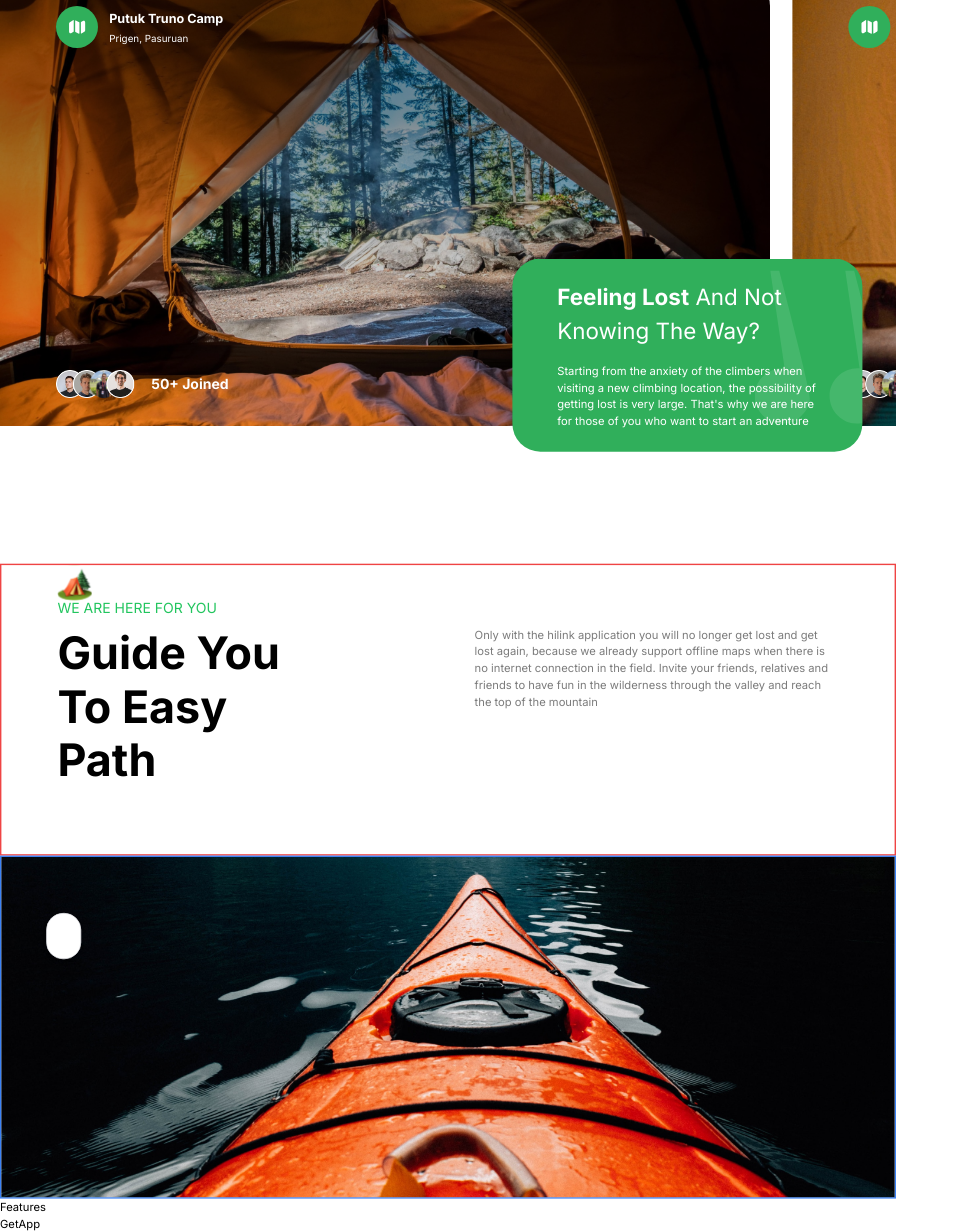
Repository: abdulrahmanmahmood/Travel-App
Page: /
An editor plug-in stored every save of this project. The page is shown before and after a run of saves, followed by the edit.
The browser window is 1280 px wide. The page is 1392 px wide, so the pictures cover 1392 px, including what lies to the right of the window. The pictures show the part of the page from y = 966 to 2726 px (the page is 2726 px tall), at 70% of full size.
The project was rebuilt for these pictures with package versions that can differ from the ones it lists, and the page was loaded fresh each time. The framework's server and built-in components were replaced by stand-ins that run in the browser. Also part of the build but not shown: next.config.js.

Above is the page before, as saved 2023-11-08 11:06:17.

### app/layout.tsx
import './globals.css'
import type { Metadata } from 'next';
import './globals.css'
import Navbar from '@/components/Navbar';


export const metadata: Metadata = {
  title: 'Travel',
  description: 'Travel UI/UX App for camping',
}

export default function RootLayout({
  children,
}: {
  children: React.ReactNode
}) {
  return (
    <html lang="en">
      <body >
        <Navbar/>
        {children}
      </body>
    </html>
  )
}

### app/page.tsx
import Features from "@/components/Features"
import GetApp from "@/components/GetApp"
import Guide from "@/components/Guide"
import Hero from "@/components/Hero"
import Camp from "@/components/camp"

export default function Home() {
  return (
    <>
    <Hero/>
    <Camp/>
    <Guide/>
    <Features/>
    <GetApp/>
 </>
  )
}

### components/Navbar.tsx
import { NAV_LINKS } from "@/constants";
import Image from "next/image";
import Link from "next/link";
import Button from "./Button";

const Navbar = () => {
  return (
    <nav
      className=" flexBetween max-container padding-container relative z-30
    py-5"
    >
      <Link href="/">
        <Image src="/hilink-logo.svg" alt="logo" width={74} height={28} />
      </Link>
      <ul className="hidden h-full gap-12 lg:flex">
        {NAV_LINKS.map((link) => (
          <Link
            href={link.href}
            key={link.key}
            className="regular-16 text-gray-50 flexCenter cursor-pointer pb-1.5 transition-all hover:font-bold"
          >
            {link.label}
          </Link>
        ))}
      </ul>
      <div className="lg:flexCenter  hidden ">
        <Button
          type="button"
          title="Login"
          icon="/user.svg"
          variant="btn_dark_green"
        />
      </div>
      <Image
        src="/menu.svg"
        alt="menu"
        width={32}
        height={32}
        className="inline-block cursor-pointer lg:hidden"
      />
    </nav>
  );
};

export default Navbar;

### components/Features.tsx


function Features() {
  return (
    <div>Features</div>
  )
}

export default Features

### components/GetApp.tsx


function GetApp() {
  return (
    <div>GetApp</div>
  )
}

export default GetApp

### components/Guide.tsx
import Image from "next/image";

function Guide() {
  return (
    <section className="flexCenter flex-col">
      <div className="border-2 border-red-500 padding-container max-container w-full pb-24  ">
        <Image src="/camp.svg" alt="camp" width={50} height={50} />
        <p className="uppercase text-xl bold text-green-500 -mt-1 mb-3 ">
          WE ARE here FOR YOU
        </p>
        <div className="flex flex-wrap justify-between gap-5 lg:gap-10">
          <h2 className="capitalize  bold-40 lg:bold-64 xl:max-w-[390px]">Guide You to Easy Path</h2>
          <p className=" regular-16 text-gray-30 xl:max-w-[520px]">
            Only with the hilink application you will no longer get lost and get
            lost again, because we already support offline maps when there is no
            internet connection in the field. Invite your friends, relatives and
            friends to have fun in the wilderness through the valley and reach
            the top of the mountain
          </p>
        </div>
      </div>
      <div className=" flexCenter max-container relative w-full border-2 border-blue-500 ">
        <Image src='/boat.png' alt="image" width={1440} height={580} className="w-full object-cover object-center 2xl:rounded-5"/>
        <div className="absolute flex bg-white py-8 pl-5 pr-7 gap-3 rounded-3xl border shadow-md md:left-[5%] lg:top-20">
          <div className="flexBetween flex-col ">

          </div>
        </div>
      </div>
    </section>
  );
}

export default Guide;

### components/Hero.tsx
import Image from "next/image";
import Button from "./Button";

function Hero() {
  return (
    <section
      className="max-container padding-container flex flex-col gap-20
    py-10 pb-32 md:gap-27 lg:py-20  xl:flex-row"
    >
      <div className="hero-map" />
      {/* LEFT */}
      <div className="relative z-20 flex flex-1 flex-col xl:w-1/2">
        <Image
          src="/camp.svg"
          alt="camp"
          width={50}
          height={50}
          className="absolute left-[-5px] top-[-30px] w-10 lg:w-[50px]"
        />
        <h1 className="bold-52 lg:bold-88">Putuk Truno Camp Area</h1>
        <p className="regular-16 mt-6 text-gray-30 xl:max-w-[520px]">
          We want to be on each of your journeys seeking the satisfaction of
          seeing the incorruptible beauty of nature. We can help you on an
          adventure around the world in just one app
        </p>
        <div className="my-11 flex flex-wrap gap-5">
          <div className="flex items-center gap-2">
            {Array(5)
              .fill(1)
              .map((_, index) => (
                <Image
                  key={index}
                  src="/star.svg"
                  alt="star"
                  width={24}
                  height={24}
                />
              ))}
          </div>
          <p className="bold-16 lg:bold-20 text-blue-70">
            198k
            <span className="regular-16 lg:regular-20 ml-1 ">
              Excellent Reviews
            </span>
          </p>
        </div>
        <div className="flex flex-col w-full gap-3 sm:flex-row">
          <Button
            type={"button"}
            title={"Download App"}
            variant={"btn_green"}
          />
          <Button
            type={"button"}
            title={"How we work?"}
            variant={"btn_white_text"}
            icon="/play.svg"
          />
        </div>
      </div>
      <div className="relative flex flex-1 items-start ">
        <div className="relative z-20 w-[268px] flex-col gap-8 rounded-3xl bg-green-90 px-7 py-8">


          <div className="fle flex-col">

            <div className="flexBetween">
              <p className="regular-16 text-gray-20">Location</p>
              <Image src="/close.svg" alt="close" width={24} height={24} />
            </div>
            <p className="bold-20 text-white">Aguas Calientes</p>


          </div>


          <div className="flexBetween  pt-4">
            <div className="flex flex-col">
              <p className="regular-16 block text-gray-20">Distance</p>
              <p className="bold-20 text-white">173.28 mi</p>
            </div>
            <div className="flex flex-col">
              <p className="regular-16 block text-gray-20">Elevation</p>
              <p className="bold-20 text-white">2.040 km</p>
            </div>
          </div>
        </div>
      </div>
    </section>
  );
}

export default Hero;

### components/camp.tsx
import { PEOPLE_URL } from "@/constants";
import Image from "next/image";
import { type } from "os";

interface CampProps {
  backgroundImage: string;
  title: string;
  subtitle: string;
  peoplejoined: string;
}

const CampSite = ({
  backgroundImage,
  title,
  subtitle,
  peoplejoined,
}: CampProps) => {
  return (
    <div
      className={`h-full w-full min-w-[1100px] ${backgroundImage} bg-cover bg-no-repeat lg:rounded-r-5xl 2xl:rounded-5xl `}
    >
      <div className="flex h-full flex-col items-start justify-between p-6 lg:px-20 lg:py-10 ">
        <div className=" flexCenter gap-4">
          <div className="rounded-full bg-green-50 p-4">
            <Image src="/folded-map.svg" alt="folded" height={28} width={28} />
          </div>
          <div className="flex flex-col gap-1">
            <h4 className="bold-18 text-white">{title}</h4>
            <p className="regular-14 text-white">{subtitle}</p>
          </div>
        </div>
        <div className="flexCenter gap-6 ">
          <span className="flex -space-x-4 overflow-hidden">
            {PEOPLE_URL.map((url, index) => (
              <Image
                src={url}
                key={index}
                height={53}
                width={53}
                alt="alt"
                className="inline-block h-10 w-10 r-4"
              />
            ))}
          </span>
          <p className="bold-16 md:bold-20 text-white">{peoplejoined}</p>
        </div>
      </div>
    </div>
  );
};

function camp() {
  return (
    <section className=" 2xl:max-container relative flex flex-col py-10 lg-mb-10 lg:py-20 xl:mb-20">
      <div className="hide-scrollbar flex h-[340px] w-full items-start justify-start gap-8 overflow-x-auto lg:h[400px] xl:h-[640px]">
        <CampSite
          backgroundImage="bg-bg-img-1"
          title="Putuk Truno Camp"
          subtitle="Prigen, Pasuruan"
          peoplejoined="50+ Joined"
        />
        <CampSite
          backgroundImage="bg-bg-img-2"
          title="Mountain View Camp"
          subtitle="Somewhere in the Wilderness"
          peoplejoined="50+ Joined"
        />
      </div>

      <div className=" flexEnd  mt-10 px-6 lg:-mt-60 lg:mr-6 ">
        <div
          className="bg-green-50 p-8 lg:max-w-[500px] xl:max-[734px]
        xl:rounded-5xl xl:px-16 px:py-20 relative w-full overflow-hidden rounded-3xl "
        >
          <h2 className="regular-24 md:regular-32 2xl:regular-64 text-white capitalize">
            <strong>Feeling Lost</strong> And Not Knowing The Way?
          </h2>
          <p className="regular-14 xl:regular-16 mt-5 text-white">
            Starting from the anxiety of the climbers when visiting a new
            climbing location, the possibility of getting lost is very large.
            That's why we are here for those of you who want to start an
            adventure
          </p>
          <Image src='/quote.svg'
          alt="camp-2"
          width={186}
          height={219}
          className="camp-quote"
          />
        </div>
      </div>
    </section>
  );
}

export default camp;

### constants/index.ts
export const NAV_LINKS = [
  {href:"/", key:"home", label:"home"},
  { href: '/', key: 'how_hilink_work', label: 'How Hilink Work?' },
  { href: '/', key: 'services', label: 'Services' },
  { href: '/', key: 'pricing ', label: 'Pricing ' },
  { href: '/', key: 'contact_us', label: 'Contact Us' },
]

export const PEOPLE_URL = [
  '/person-1.png',
  '/person-2.png',
  '/acpc-modified (1).png',
  '/person-4.png',
];

### components/Button.tsx
import Image from "next/image";

type ButtonProps = {
  type: "button" | "submit";
  title: string;
  icon?: string;
  variant: string;
};

function Button({ type, title, icon, variant }: ButtonProps) {
  return (
    <button
      type={type}
      className={`flexCenter gap-3 rounded-full border ${variant}`}
    >
      {icon && <Image src={icon} alt={title} width={24} height={24} />}
      <label className="bold-16 whitespace-nowrap">{title}</label>
    </button>
  );
}

export default Button;

Loaded but not shown: app/globals.css (common file); tailwind.config.ts (common file)

After the next 2 saves:
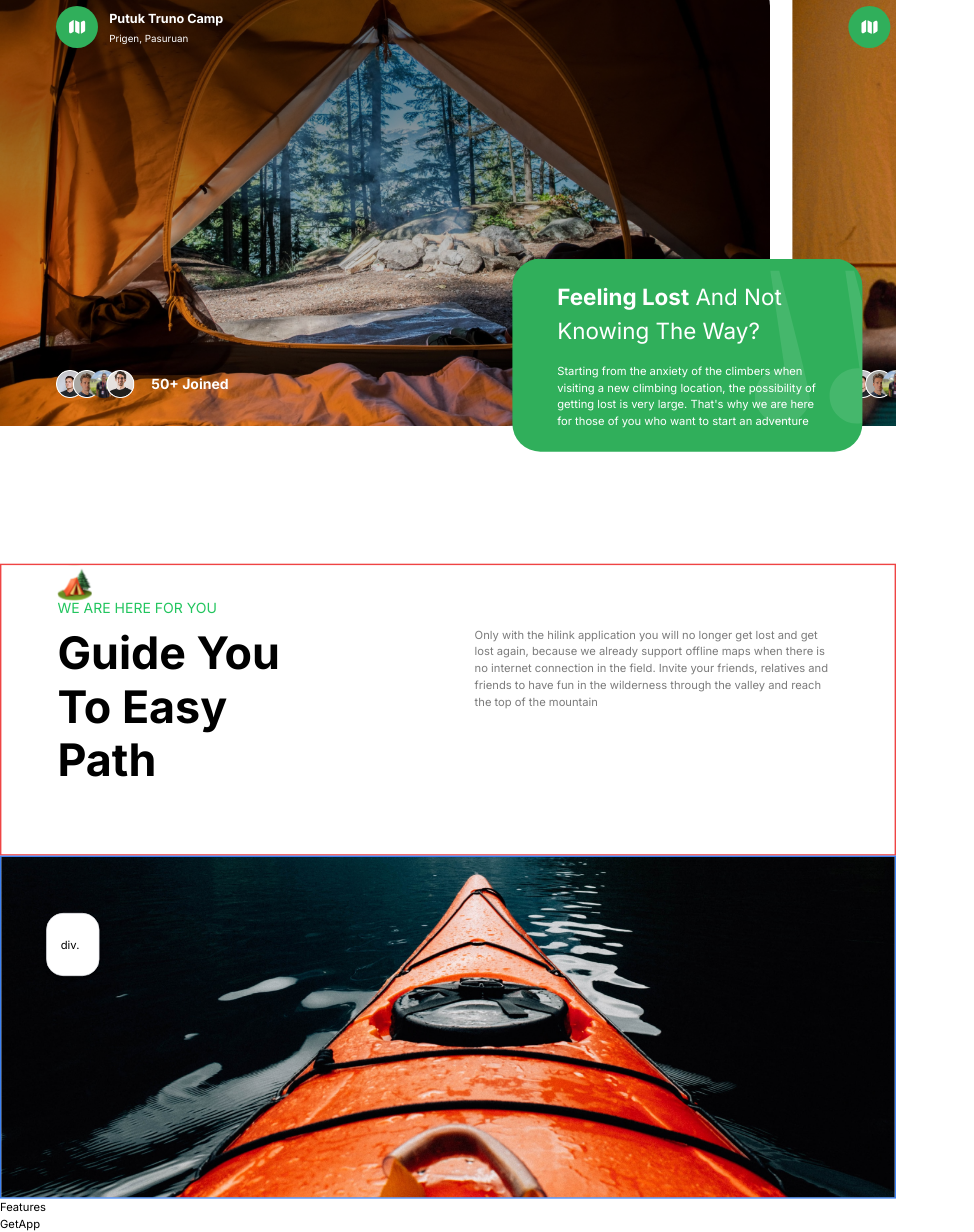
The 2 saves are shown as one change because they came seconds apart.
The last was saved 11 s later.
--- a/components/Guide.tsx
+++ b/components/Guide.tsx
@@ -23,7 +23,7 @@
         <Image src='/boat.png' alt="image" width={1440} height={580} className="w-full object-cover object-center 2xl:rounded-5"/>
         <div className="absolute flex bg-white py-8 pl-5 pr-7 gap-3 rounded-3xl border shadow-md md:left-[5%] lg:top-20">
           <div className="flexBetween flex-col ">
-
+            div.
           </div>
         </div>
       </div>

After the 2 saves that followed:
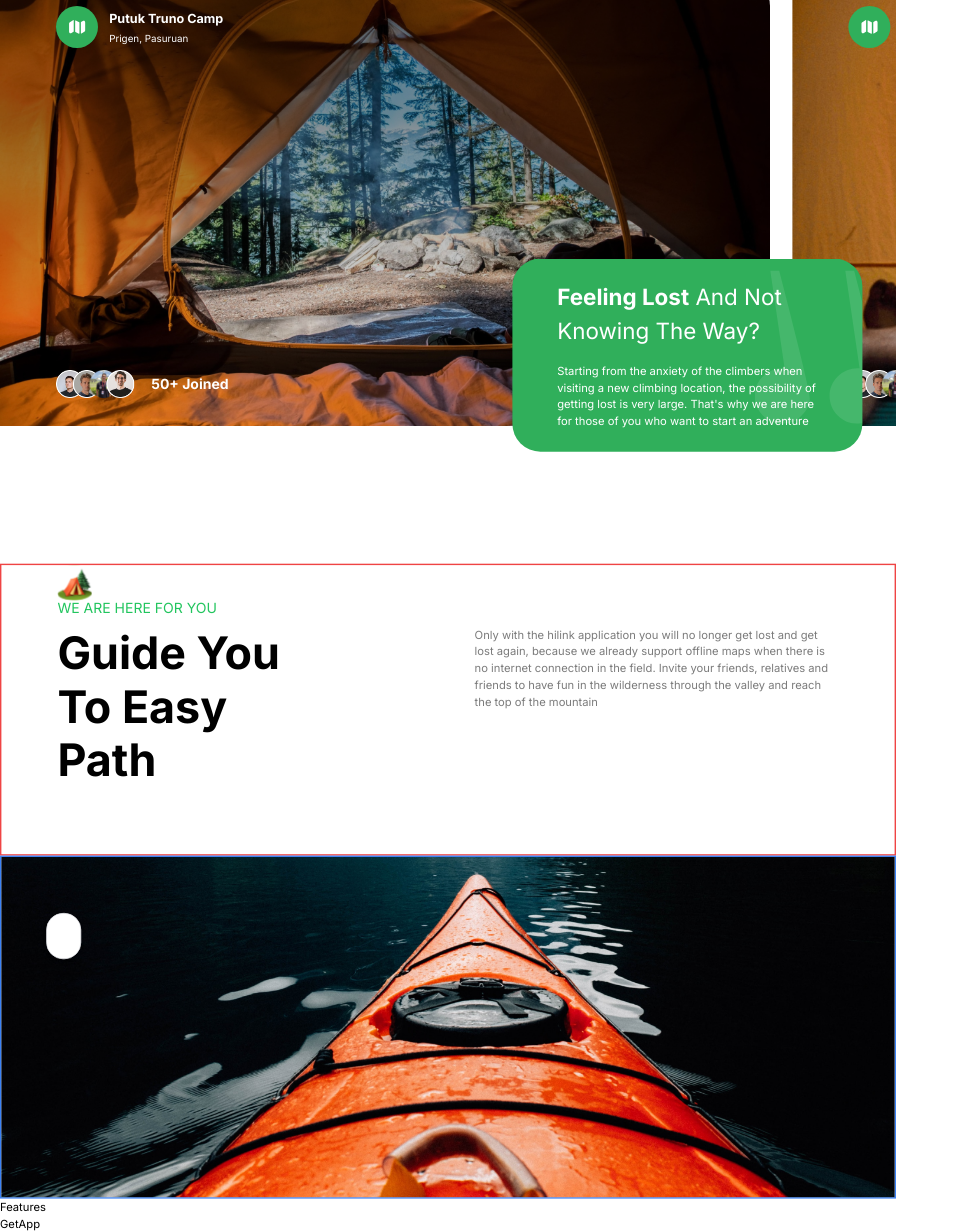
The 2 saves are shown as one change because they came seconds apart.
The last was saved 9 s later.
--- a/components/Guide.tsx
+++ b/components/Guide.tsx
@@ -23,7 +23,7 @@
         <Image src='/boat.png' alt="image" width={1440} height={580} className="w-full object-cover object-center 2xl:rounded-5"/>
         <div className="absolute flex bg-white py-8 pl-5 pr-7 gap-3 rounded-3xl border shadow-md md:left-[5%] lg:top-20">
           <div className="flexBetween flex-col ">
-            div.
+            <div className="flex"></div>
           </div>
         </div>
       </div>
